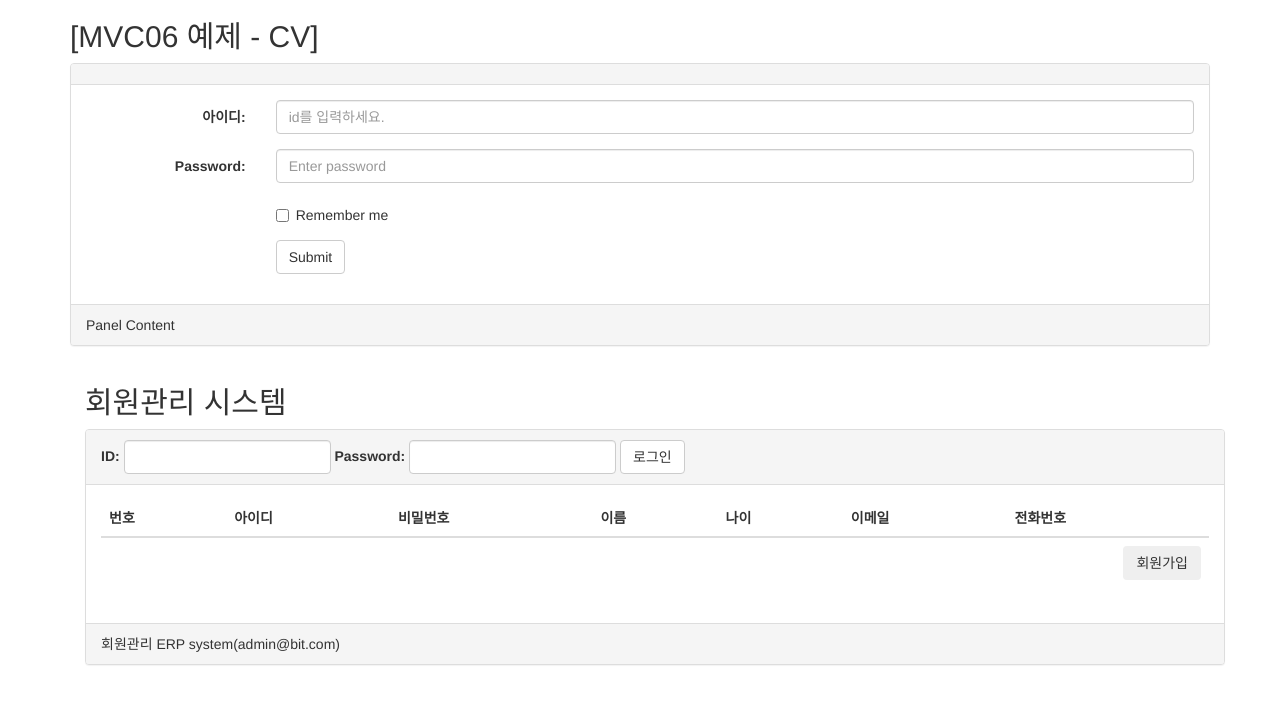
Repository: yhb131618/JAVA_WEB_PROJECT
Page: http://localhost/MVC06/WEB-INF/member/memberlist.jsp
An editor plug-in stored every save of this project. The page is shown before and after the next save, followed by the edit.
The browser window is 1280 px wide. The pictures show the whole page.
Some web libraries are served in a nearby version. The page is served by Tomcat 9. Nobody is signed in. The template is opened directly, without the code that normally fills it, so the values that code supplies are empty.

Above is the page before, as saved 2023-12-27 05:57:04.

After the next save:
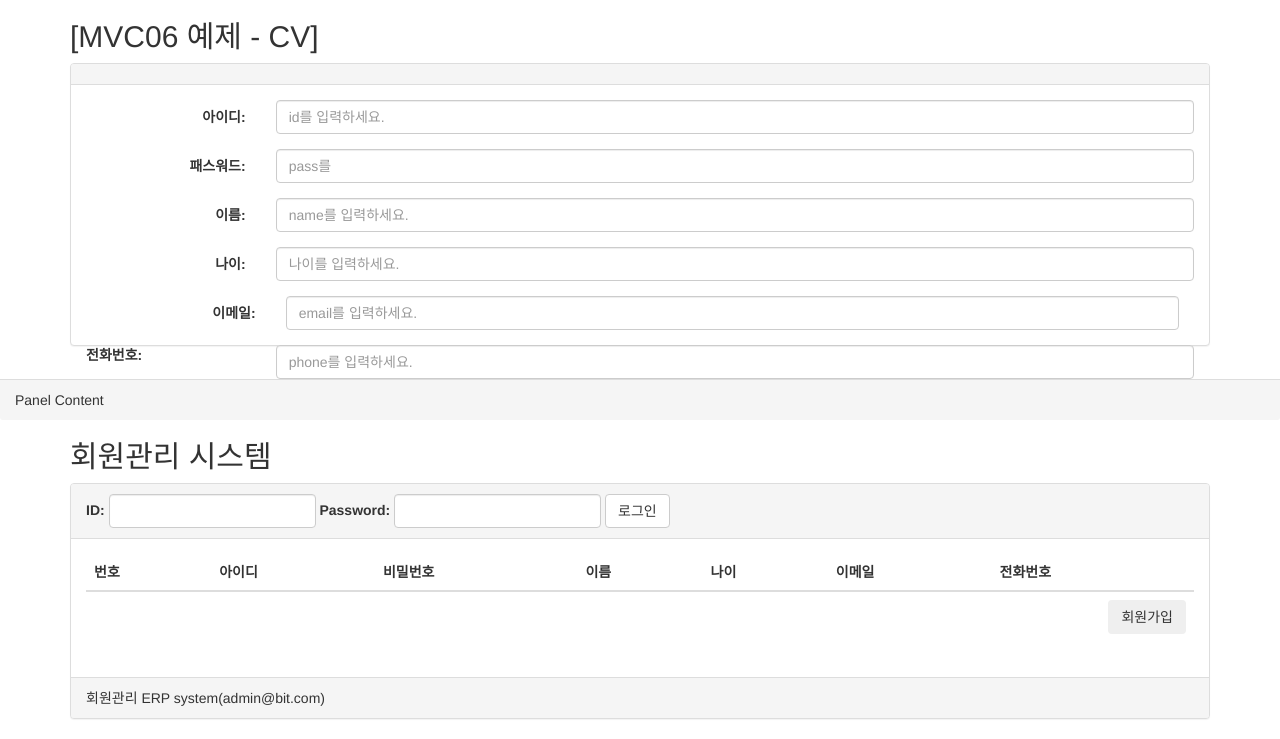
Saved 3 min 46 s later.
--- a/MVC06/WebContent/WEB-INF/member/memberlist.jsp
+++ b/MVC06/WebContent/WEB-INF/member/memberlist.jsp
@@ -66,29 +66,42 @@
 
 		<form id= "form1" class="form-horizontal" action="" method="post">
 		  <div class="form-group">
-		    <label class="control-label col-sm-2" for="email">아이디:</label>
+		    <label class="control-label col-sm-2" for="id">아이디:</label>
 		    <div class="col-sm-10">
 		      <input type="text" class="form-control" id="id" name="id" placeholder="id를 입력하세요.">
 		    </div>
 		  </div>
 		  <div class="form-group">
-		    <label class="control-label col-sm-2" for="pwd">Password:</label>
+		    <label class="control-label col-sm-2" for="pass">패스워드:</label>
 		    <div class="col-sm-10">
-		      <input type="password" class="form-control" id="pwd" placeholder="Enter password">
+		      <input type="password" class="form-control" id="pass" name="pass" placeholder=pass를 입력하세요.">
 		    </div>
 		  </div>
 		  <div class="form-group">
-		    <div class="col-sm-offset-2 col-sm-10">
-		      <div class="checkbox">
-		        <label><input type="checkbox"> Remember me</label>
-		      </div>
+		    <label class="control-label col-sm-2" for="name">이름:</label>
+		    <div class="col-sm-10">
+		      <input type="text" class="form-control" id="name" name="name" placeholder="name를 입력하세요.">
 		    </div>
 		  </div>
 		  <div class="form-group">
-		    <div class="col-sm-offset-2 col-sm-10">
-		      <button type="submit" class="btn btn-default">Submit</button>
+		    <label class="control-label col-sm-2" for="age">나이:</label>
+		    <div class="col-sm-10">
+		      <input type="text" class="form-control" id="age" name="age" placeholder="나이를 입력하세요.">
 		    </div>
 		  </div>
+		    <label class="control-label col-sm-2" for="email">이메일:</label>
+		    <div class="col-sm-10">
+		      <input type="text" class="form-control" id="email" name="email" placeholder="email를 입력하세요.">
+		    </div>
+		  </div>
+		    <label class="control-label col-sm-2" for="phone">전화번호:</label>
+		    <div class="col-sm-10">
+		      <input type="text" class="form-control" id="phone" name="phone" placeholder="phone를 입력하세요.">
+		    </div>
+		  </div>
+
+
+
 		</form>
 
 
